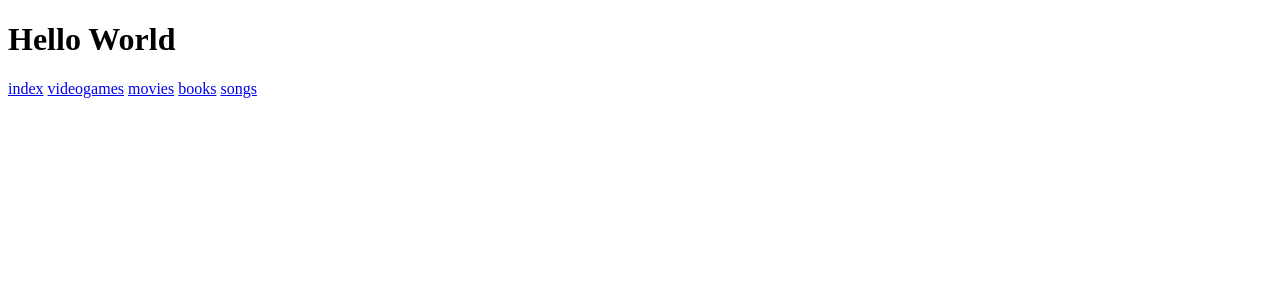
Repository: julianvanost/Week-06
Page: Day_01/First_Server/index.html
An editor plug-in stored every save of this project. The page is shown before and after the next save, followed by the edit.
The browser window is 1280 px wide. The pictures show the whole page.

Above is the page before, as saved 2020-02-18 13:28:16.

### Day_01/First_Server/index.html
<!DOCTYPE html>
<html>

<head>
  <meta charset="utf-8">
  <meta http-equiv="X-UA-Compatible" content="IE=edge">
  <title>Hello World</title>
  <meta name="description" content="">
  <meta name="viewport" content="width=device-width, initial-scale=1">
  <link rel="stylesheet" href="">
</head>

<body>
  <h1>Hello World</h1>
  <p>
    <a href="/index">index</a>
    <a href="/videogames">videogames</a>
    <a href="/movies">movies</a>
    <a href="/books">books</a>
    <a href="/songs">songs</a>
  </p>
</body>

</html>

After the next save:
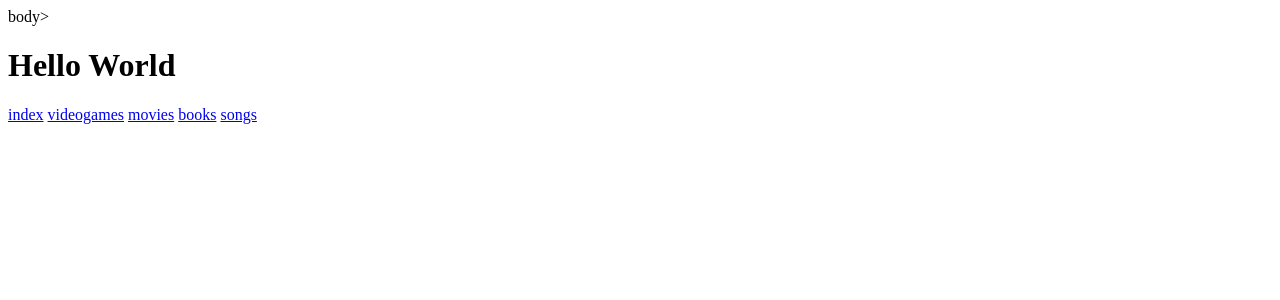
Saved 1 s later.
--- a/Day_01/First_Server/index.html
+++ b/Day_01/First_Server/index.html
@@ -9,8 +9,7 @@
   <meta name="viewport" content="width=device-width, initial-scale=1">
   <link rel="stylesheet" href="">
 </head>
-
-<body>
+body>
   <h1>Hello World</h1>
   <p>
     <a href="/index">index</a>

After the save that followed:
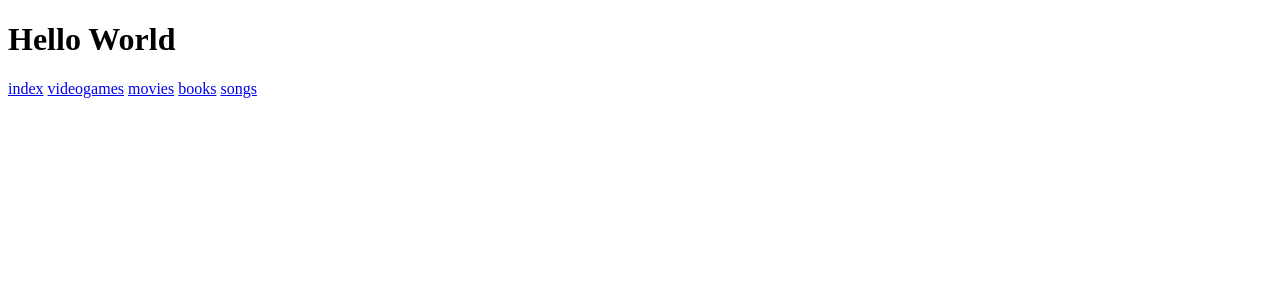
Saved 1 s later.
--- a/Day_01/First_Server/index.html
+++ b/Day_01/First_Server/index.html
@@ -9,7 +9,7 @@
   <meta name="viewport" content="width=device-width, initial-scale=1">
   <link rel="stylesheet" href="">
 </head>
-body>
+<body>
   <h1>Hello World</h1>
   <p>
     <a href="/index">index</a>
